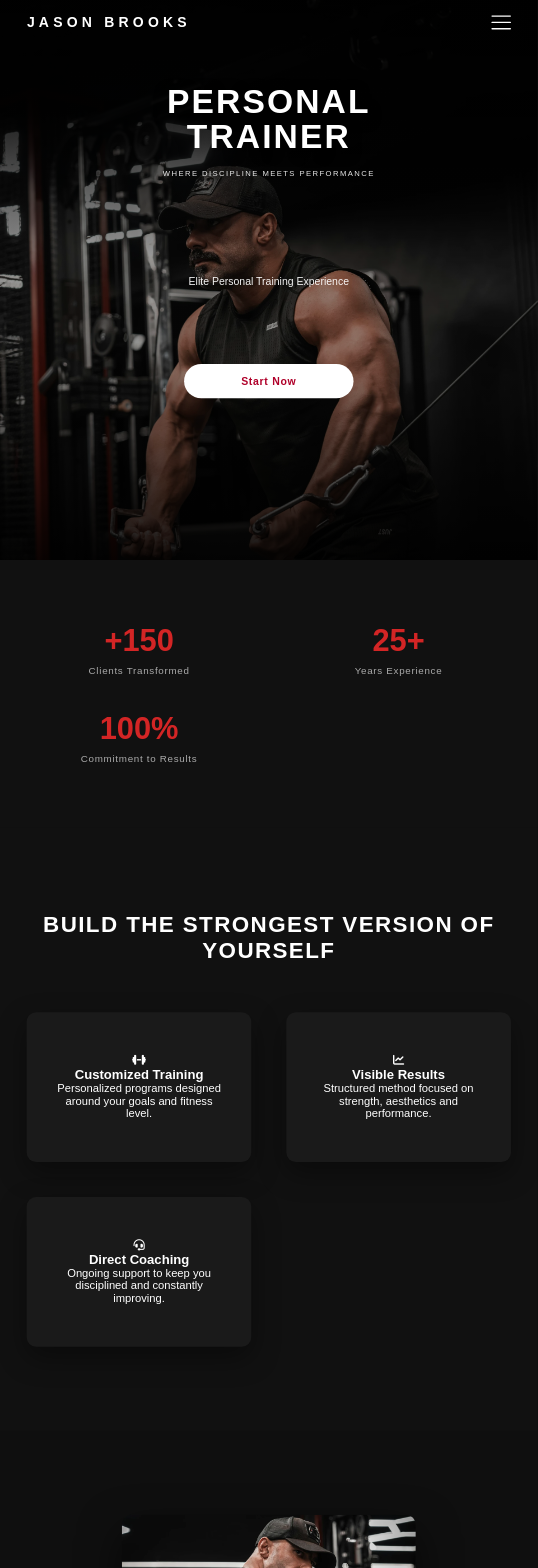
Repository: davidfsillva/Jason-Brooks
Page: index.html
These files come from the project's save history. The page is drawn as it stood at one moment and after the next save; the edit follows.
The browser window is 768 px wide. The pictures show the part of the page from y = 0 to 2240 px (the page is 3913 px tall), at 70% of full size.
Some web fonts or font styles are not loaded; a fallback is used.

Above is the page before, as saved 2026-02-21 17:19:50.

### index.html
<!DOCTYPE html>
<html lang="en">
<head>
    <!-- META SEO -->
    <meta charset="UTF-8">
    <meta name="viewport" content="width=device-width, initial-scale=1.0">

    <title>Axon Performance | Personal Trainer</title>
    <meta name="description" content="Personal trainer focused on performance, aesthetics and real physical transformation. Customized training programs for serious results.">

    <!-- Open Graph -->
    <meta property="og:title" content="Axon Performance | Personal Trainer">
    <meta property="og:description" content="Customized training programs focused on performance and transformation.">
    <meta property="og:type" content="website">
    <meta property="og:image" content="https://yourdomain.com/preview.jpg">

    <!-- Font Awesome (removido duplicado) -->
    <link rel="stylesheet" href="https://cdnjs.cloudflare.com/ajax/libs/font-awesome/6.5.1/css/all.min.css">

    <!-- Canonical -->
    <link rel="canonical" href="https://yourdomain.com/">

    <!-- CSS -->
    <link rel="stylesheet" href="style.css">

    <!-- JS -->
    <script src="script.js" defer></script>
</head>

<body>

    <!-- ================= HEADER ================= -->
    <header class="header">
        <div class="container nav-container">
            <div class="logo">JASON BROOKS </div>

            <nav class="nav" id="nav">
                <a href="#home" class="active">Home</a>
                <a href="#benefits">Benefits</a>
                <a href="#about">About</a>
                <a href="#contact">Contact</a>
            </nav>

            <button
                class="menu-toggle"
                id="menu-toggle"
                aria-label="Toggle navigation menu"
                aria-expanded="false">

                <span class="hamburger">
                    <span></span>
                    <span></span>
                    <span></span>
                </span>

            </button>
        </div>
    </header>

    <!-- ================= HERO ================= -->
    <section class="hero">

        <div class="hero-overlay"></div>

        <div class="hero-content">

            <h1>PERSONAL<br>TRAINER</h1>

            <p class="hero-small">Where Discipline Meets Performance</p>

            <p class="hero-sub">Elite Personal Training Experience</p>
            <a href="#" class="btn-primary">Start Now</a>
        </div>

    </section>

    <!-- ================= STATS ================= -->
    <section class="stats">
        <div class="container stats-grid">
            <div class="stat-item">
                <h3>+150</h3>
                <p>Clients Transformed</p>
            </div>
            <div class="stat-item">
                <h3>25+</h3>
                <p>Years Experience</p>
            </div>
            <div class="stat-item">
                <h3>100%</h3>
                <p>Commitment to Results</p>
            </div>
        </div>
    </section>

    <!-- ================= BENEFITS ================= -->
    <section class="benefits" id="benefits">
        <div class="container">
            <h2 class="section-title fade-in">Build the Strongest Version of Yourself</h2>

            <div class="benefits-grid">

                <div class="benefit-card fade-in">
                    <i class="fa-solid fa-dumbbell"></i>
                    <h3>Customized Training</h3>
                    <p>Personalized programs designed around your goals and fitness level.</p>
                </div>

                <div class="benefit-card fade-in">
                    <i class="fa-solid fa-chart-line"></i>
                    <h3>Visible Results</h3>
                    <p>Structured method focused on strength, aesthetics and performance.</p>
                </div>

                <div class="benefit-card fade-in">
                    <i class="fa-solid fa-headset"></i>
                    <h3>Direct Coaching</h3>
                    <p>Ongoing support to keep you disciplined and constantly improving.</p>
                </div>

            </div>
        </div>
    </section>

    <!-- ================= ABOUT ================= -->
    <section class="about" id="about">
        <div class="container about-container fade-in">

            <div class="about-image">
                <img src="img/hero2.webp" alt="Professional personal trainer coaching client">
            </div>

            <div class="about-text">
                <h2>About Jason Performance</h2>
                <p>
                    Specialist in body transformation and high performance training.
                    My methodology is built on discipline, science and measurable progress.
                </p>
                <p>
                    If you're serious about real, consistent results,
                    this is where your next level begins.
                </p>
                <a href="#contact" class="btn-secondary">Work With Me</a>
            </div>

        </div>
    </section>

    <!-- ================= CTA ================= -->
    <section class="cta" id="contact">
        <div class="container fade-in">
            <h2>Ready to Elevate Your Performance?</h2>
            <p>Fill out the form below and start your transformation today.</p>

            <form id="contact-form" class="contact-form" novalidate>
                <input
                    type="text"
                    id="name"
                    placeholder="Your Name"
                    required
                    aria-label="Your Name">

                <input
                    type="email"
                    id="email"
                    placeholder="Your Email"
                    required
                    aria-label="Your Email">

                <button type="submit" class="btn-primary">
                    Start Now
                </button>

                <p id="form-message" role="alert"></p>
            </form>
        </div>
    </section>

    <!-- ================= FOOTER ================= -->
    <footer class="footer">
        <p>© 2026 Jason Brooks - All Rights Reserved</p>
    </footer>

</body>
</html>

### style.css
/* ================= FONT ================= */
@font-face {
    font-family: 'TT Answer';
    src: url('fonts/TTAnswer-Regular.woff2') format('woff2');
    font-weight: 400;
    font-style: normal;
}

@font-face {
    font-family: 'TT Answer';
    src: url('fonts/TTAnswer-Medium.woff2') format('woff2');
    font-weight: 500;
    font-style: normal;
}

@font-face {
    font-family: 'TT Answer';
    src: url('fonts/TTAnswer-Bold.woff2') format('woff2');
    font-weight: 700;
    font-style: normal;
}


/* ================= DESIGN SYSTEM ================= */
:root {
    --primary: #b0002a;
    --primary-light: #d32525;
    --dark: #0f0f0f;
    --dark-light: #1a1a1a;
    --text: #ffffff;
    --text-muted: #aaaaaa;
    --radius: 14px;
    --transition: 0.3s ease;
}


/* ================= RESET ================= */
* {
    margin: 0;
    padding: 0;
    box-sizing: border-box;
}

body {
    font-family: 'Playfair Display', sans-serif;
    background: var(--dark);
    color: var(--text);
    scroll-behavior: smooth;
    -webkit-font-smoothing: antialiased;

}

.container {
    width: 90%;
    max-width: 1200px;
    margin: auto;
}


/* ================= HEADER ================= */
header {
    position: fixed;
    top: 0;
    left: 0;
    width: 100%;
    padding: 20px 0;
    background: transparent;
    z-index: 10;
    transition: 0.3s ease;

}

.nav-container {
    display: flex;
    justify-content: space-between;
    align-items: center;
}

.logo {
    font-size: 20px;
    font-weight: 700;
    letter-spacing: 6px;
    text-transform: uppercase;
}

/* ================= MENU PILL ================= */
.nav {
    display: flex;
    align-items: center;
    padding: 6px;
    border-radius: 40px;
    background: rgba(255,255,255,0.08);
    backdrop-filter: blur(12px);
    border: 1px solid rgba(255,255,255,0.15);
}

.nav a {
    text-decoration: none;
    color: white;
    font-size: 13px;
    font-weight: 500;
    padding: 8px 18px;
    border-radius: 30px;
    transition: 0.3s ease;
}

.nav a.active {
    background: rgba(255, 255, 255, 0.185);
    color: white;
}

.nav a:hover {
    color: var(--primary-light);
}

.menu-toggle {
    display: none;
    font-size: 26px;
    cursor: pointer;
}

.header.scrolled {
    background: rgba(0,0,0,0.85);
    padding: 15px 0;
}

/* ================= HAMBURGER PREMIUM ================= */

.menu-toggle {
    background: none;
    border: none;
    cursor: pointer;
    display: none;
    z-index: 1100;
}

.hamburger {
    width: 28px;
    height: 20px;
    position: relative;
    display: flex;
    flex-direction: column;
    justify-content: space-between;
    transition: 0.4s ease;
}

.hamburger span {
    height: 2px;
    width: 100%;
    background: var(--text);
    border-radius: 2px;
    transition: 0.4s ease;
    transform-origin: center;
}

/* ================= ANIMAÇÃO ATIVO ================= */

.menu-toggle.active .hamburger {
    transform: rotate(180deg);
}

.menu-toggle.active .hamburger span:nth-child(1) {
    transform: translateY(9px) rotate(45deg);
}

.menu-toggle.active .hamburger span:nth-child(2) {
    opacity: 0;
}

.menu-toggle.active .hamburger span:nth-child(3) {
    transform: translateY(-9px) rotate(-45deg);
}



/* ================= HERO ================= */
.hero {
    min-height: 100vh;
    width: 100%;
    position: relative;
    display: flex;
    align-items: center;
    justify-content: flex-start; /* joga conteúdo para esquerda */
    padding: 0 8%;
    overflow: hidden;

    background: url("img/herodes2.webp") right center / cover no-repeat;
}

.hero-overlay {
    position: absolute;
    inset: 0;
    z-index: 1;

    background:
        linear-gradient(
            90deg,
            rgba(0,0,0,0.85) 0%,
            rgba(0,0,0,0.75) 35%,
            rgba(0,0,0,0.4) 60%,
            rgba(0,0,0,0.1) 80%,
            rgba(0,0,0,0) 100%
        );
}

.hero-content {
    position: relative;
    z-index: 2;
    max-width: 600px;
    text-align: left;
}

.hero-content h1 {
    font-size: 85px;
    line-height: 1.05;
}

.hero-small {
    font-size: 13px;
    letter-spacing: 3px;
    text-transform: uppercase;
    margin-bottom: 15px;
    opacity: 0.8;
}

.hero-content h1 {
    font-size: 80px;
    line-height: 1.1;
}

.hero-sub {
    margin: 25px 0;
    font-size: 15px;
    font-weight: 400;
    opacity: 0.9;
}

.hero-image-side {
    flex: 1;
    display: flex;
    justify-content: flex-end;
    align-items: center; /* centraliza verticalmente */
    padding-right: 70px;
}

.hero-image-side img {
    width: 95%;
    max-width: 480px;

    -webkit-mask-image: linear-gradient(
        135deg,
        transparent 0%,
        black 40%,
        black 60%,
        transparent 100%
    );

    mask-image: linear-gradient(
        135deg,
        transparent 0%,
        black 40%,
        black 60%,
        transparent 100%
    );
}




/* ================= BUTTONS ================= */
.btn-primary {
    display: inline-block;
    padding: 14px 36px;
    background: var(--text);
    color: var(--primary);
    text-decoration: none;
    font-weight: 600;
    border-radius: 30px;
    letter-spacing: 1px;
    transition: var(--transition);
}

.btn-primary:hover {
    background: var(--primary-light);
    color: white;
    transform: translateY(-3px);
}

.btn-secondary {
    display: inline-block;
    margin-top: 20px;
    padding: 12px 30px;
    border: 2px solid var(--primary);
    color: var(--primary);
    text-decoration: none;
    border-radius: 30px;
    font-weight: 500;
    transition: var(--transition);
}

.btn-secondary:hover {
    background: var(--primary);
    color: white;
}


/* ================= STATS ================= */
.stats {
    background: #111;
    padding: 90px 0;
    text-align: center;
}

.stats-grid {
    display: grid;
    grid-template-columns: repeat(auto-fit, minmax(200px, 1fr));
    gap: 50px;
}

.stat-item h3 {
    font-size: 44px;
    font-weight: 700;
    color: var(--primary-light);
}

.stat-item p {
    margin-top: 10px;
    font-size: 14px;
    color: var(--text-muted);
    letter-spacing: 1px;
}


/* ================= BENEFITS ================= */
.benefits {
    padding: 120px 0;
    background: #111;
    text-align: center;
}

.section-title {
    margin-bottom: 70px;
    font-size: 32px;
    font-weight: 700;
    letter-spacing: 2px;
    text-transform: uppercase;
}

.benefits-grid {
    display: grid;
    grid-template-columns: repeat(auto-fit, minmax(260px, 1fr));
    gap: 50px;
}

.benefit-card {
    background: var(--dark-light);
    padding: 60px 35px;
    border-radius: var(--radius);
    transition: var(--transition);
    box-shadow: 0 15px 40px rgba(0,0,0,0.4);
}

.benefit-card:hover {
    transform: translateY(-10px);
    background: #222;
}

.icon {
    font-size: 32px;
    color: var(--primary-light);
    margin-bottom: 25px;
    transition: 0.3s ease;
}

.benefit-card:hover .icon {
    transform: scale(1.15);
    color: white;
}


/* ================= ABOUT ================= */
.about {
    padding: 120px 0;
    background: var(--dark);
}

.about-container {
    display: flex;
    gap: 70px;
    align-items: center;
    flex-wrap: wrap;
}

.about-image img {
    width: 100%;
    max-width: 420px;
    border-radius: var(--radius);
    box-shadow: 0 25px 60px rgba(0,0,0,0.6);
}

.about-text {
    flex: 1;
}

.about h2 {
    margin-bottom: 25px;
    font-weight: 700;
}

.about p {
    margin-bottom: 18px;
    line-height: 1.7;
    font-size: 15px;
    color: var(--text-muted);
}


/* ================= CTA PREMIUM ================= */
.cta {
    padding: 140px 0;
    background: radial-gradient(circle at top left, rgba(255,0,80,0.25), transparent 60%),
                linear-gradient(120deg, #5a0015, #b0002a);
    text-align: center;
    position: relative;
}

.cta h2 {
    font-size: 36px;
    margin-bottom: 15px;
    letter-spacing: 2px;
    text-transform: uppercase;
}

.cta p {
    color: rgba(255,255,255,0.8);
    margin-bottom: 40px;
    font-size: 15px;
}

/* Card do formulário */
.contact-form {
    background: rgba(255,255,255,0.06);
    backdrop-filter: blur(18px);
    padding: 45px 35px;
    border-radius: 20px;
    display: flex;
    flex-direction: column;
    gap: 18px;
    max-width: 420px;
    margin: auto;
    box-shadow: 0 30px 60px rgba(0,0,0,0.5);
    border: 1px solid rgba(255,255,255,0.08);
}

/* Inputs */
.contact-form input {
    padding: 16px 20px;
    border-radius: 30px;
    border: 1px solid rgba(255,255,255,0.15);
    background: rgba(0,0,0,0.4);
    color: white;
    font-family: 'TT Answer', sans-serif;
    font-size: 14px;
    transition: 0.3s ease;
}

.contact-form input::placeholder {
    color: rgba(255,255,255,0.5);
}

.contact-form input:focus {
    border-color: var(--primary-light);
    box-shadow: 0 0 0 3px rgba(255,45,85,0.2);
    outline: none;
}

/* Botão */
.contact-form button {
    padding: 15px;
    border-radius: 30px;
    border: none;
    background: white;
    color: var(--primary);
    font-weight: 600;
    letter-spacing: 1px;
    cursor: pointer;
    transition: 0.3s ease;
}

.contact-form button:hover {
    background: var(--primary-light);
    color: white;
    transform: translateY(-3px);
    box-shadow: 0 10px 25px rgba(0,0,0,0.4);
}

/* Mensagem */
#form-message {
    margin-top: 12px;
    font-size: 14px;
    color: #ffffffcc;
}


/* ================= FOOTER ================= */
.footer {
    text-align: center;
    padding: 30px;
    background: #000;
    font-size: 13px;
    letter-spacing: 1px;
    color: var(--text-muted);
}


/* ================= ANIMATION ================= */
.fade-in {
    opacity: 0;
    transform: translateY(30px);
    transition: 0.8s ease;
}

.fade-in.visible {
    opacity: 1;
    transform: translateY(0);
}

section {
    scroll-margin-top: 120px;
}


/* ================= RESPONSIVE ================= */

@media (max-width: 768px) {

    /* ===== HERO ESTRUTURA ===== */
    .hero {
        position: relative;
        display: flex;
        flex-direction: column;
        justify-content: center;   /* CENTRALIZA VERTICAL */
        align-items: center;       /* CENTRALIZA HORIZONTAL */
        min-height: 100vh;
        padding: 0 20px;
        text-align: center;
        background: url("img/heromobile.webp") center 35% / cover no-repeat;
    }

    /* ===== FADE PROFISSIONAL CINEMATOGRÁFICO ===== */
    .hero-overlay {
        position: absolute;
        inset: 0;
        background: linear-gradient(
            180deg,
            rgba(0,0,0,0.95) 0%,
            rgba(0,0,0,0.85) 20%,
            rgba(0,0,0,0.35) 45%,
            rgba(0,0,0,0.35) 65%,
            rgba(0,0,0,0.9) 100%
        );
        z-index: 1;
    }

    .hero-content {
        position: relative;
        z-index: 2;
        display: flex;
        flex-direction: column;
        align-items: center;
        justify-content: center;
        gap: 20px;
    }

    /* ===== PERSONAL TRAINER (TOPO) ===== */
    .hero-content h1 {
        font-size: 48px;
        line-height: 1.05;
        letter-spacing: 3px;
        margin-top: -110px;
        text-shadow: 0 5px 20px rgba(0,0,0,0.6);
        text-align: center;
    }

    /* ===== PARTE INFERIOR ===== */
    .hero-small {
        font-size: 11px;
        letter-spacing: 2px;
        margin-bottom: 95px;
        opacity: 0.9;
        text-align: center;
    }

    .hero-sub {
        font-size: 15px;
        margin-bottom: 90px;
        opacity: 0.95;
                text-align: center;

    }

    /* ===== BOTÃO MAIS LARGO ===== */
    .btn-primary {
        width: 80%;
        max-width: 300px;
        padding: 16px 0;
        font-size: 15px;
        border-radius: 40px;
        text-align: center;
    }

    /* ===== MENU MOBILE ===== */
    .nav {
        position: absolute;
        top: 80px;
        right: 0;
        background: black;
        flex-direction: column;
        width: 220px;
        padding: 25px;
        display: none;
    }

    .nav.active {
        display: flex;
    }

    .menu-toggle {
        display: block;
    }

    /* ===== ABOUT RESPONSIVO ===== */
    .about-container {
        flex-direction: column;
        text-align: center;
    }
}

### script.js
// ================= MENU MOBILE =================
const toggle = document.getElementById("menu-toggle");
const nav = document.getElementById("nav");
const icon = toggle.querySelector("i");

toggle.addEventListener("click", () => {

    const isActive = nav.classList.toggle("active");

    toggle.classList.toggle("active");
    toggle.setAttribute("aria-expanded", isActive);

    // Troca ícone
    if (isActive) {
        icon.classList.remove("fa-bars");
        icon.classList.add("fa-xmark");
    } else {
        icon.classList.remove("fa-xmark");
        icon.classList.add("fa-bars");
    }
});

// ================= HEADER SCROLL EFFECT =================
const header = document.querySelector(".header");

if (header) {
    window.addEventListener("scroll", () => {
        header.classList.toggle("scrolled", window.scrollY > 50);
    });
}


/*
IMPORTANTE:
Adicione isso no CSS:

.header.scrolled {
    background: rgba(0,0,0,0.85);
    padding: 15px 0;
}
*/


// ================= SCROLL REVEAL =================
const faders = document.querySelectorAll(".fade-in");

if ("IntersectionObserver" in window && faders.length > 0) {

    const appearOptions = {
        threshold: 0.15,
        rootMargin: "0px 0px -50px 0px"
    };

    const appearOnScroll = new IntersectionObserver((entries, observer) => {
        entries.forEach(entry => {

            if (!entry.isIntersecting) return;

            entry.target.classList.add("visible");
            observer.unobserve(entry.target);

        });
    }, appearOptions);

    faders.forEach((el, index) => {
        el.style.transitionDelay = `${index * 0.1}s`;
        appearOnScroll.observe(el);
    });
}


// ================= FORM VALIDATION =================
const form = document.getElementById("contact-form");
const message = document.getElementById("form-message");

if (form && message) {

    form.addEventListener("submit", function(e){
        e.preventDefault();

        const name = document.getElementById("name").value.trim();
        const email = document.getElementById("email").value.trim();

        const emailRegex = /^[^\s@]+@[^\s@]+\.[^\s@]+$/;

        if (name.length < 3) {
            message.textContent = "Please enter a valid name (min. 3 characters).";
            message.style.color = "yellow";
            return;
        }

        if (!emailRegex.test(email)) {
            message.textContent = "Please enter a valid email address.";
            message.style.color = "yellow";
            return;
        }

        message.textContent = "Message sent successfully!";
        message.style.color = "lightgreen";

        form.reset();
    });
}

const sections = document.querySelectorAll("section");
const navLinks = document.querySelectorAll(".nav a");

window.addEventListener("scroll", () => {
  let current = "";

  sections.forEach(section => {
    const sectionTop = section.offsetTop - 150;
    if (scrollY >= sectionTop) {
      current = section.getAttribute("id");
    }
  });

  navLinks.forEach(link => {
    link.classList.remove("active");
    if (link.getAttribute("href") === "#" + current) {
      link.classList.add("active");
    }
  });
});

After the next save:
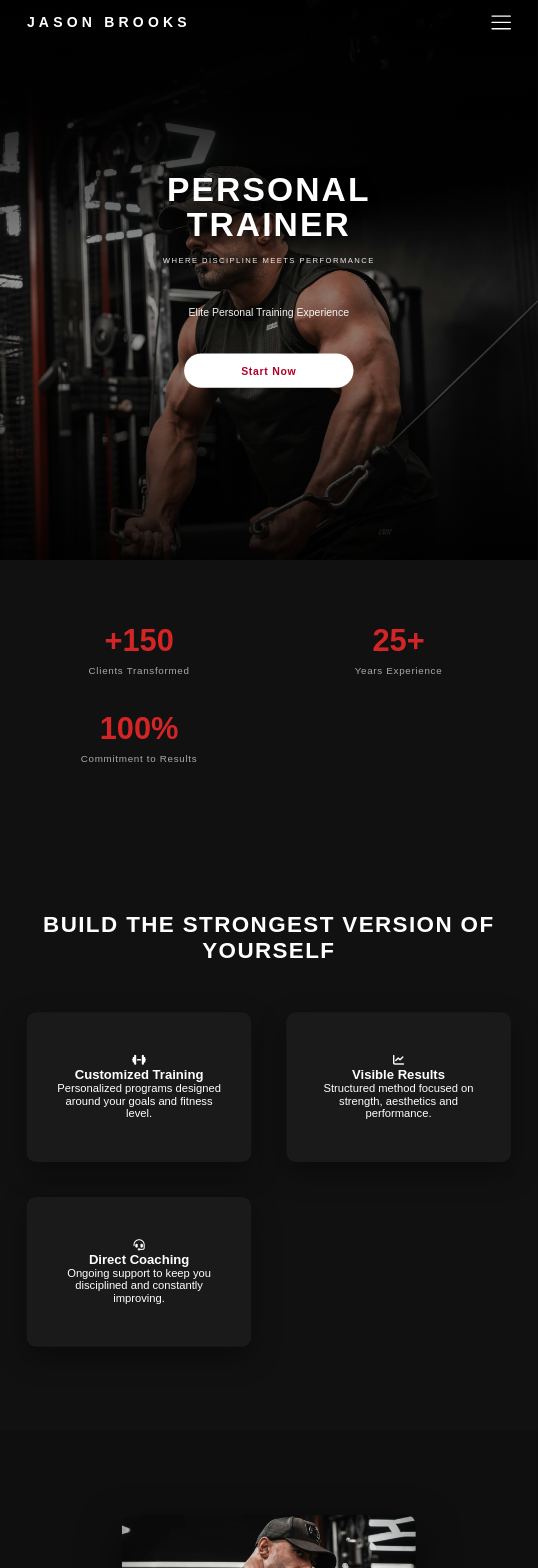
Saved 8 s later.
--- a/style.css
+++ b/style.css
@@ -577,7 +577,7 @@ section {
         font-size: 48px;
         line-height: 1.05;
         letter-spacing: 3px;
-        margin-top: -110px;
+        margin-top: 0px;
         text-shadow: 0 5px 20px rgba(0,0,0,0.6);
         text-align: center;
     }
@@ -586,14 +586,14 @@ section {
     .hero-small {
         font-size: 11px;
         letter-spacing: 2px;
-        margin-bottom: 95px;
+        margin-bottom: 15px;
         opacity: 0.9;
         text-align: center;
     }
 
     .hero-sub {
         font-size: 15px;
-        margin-bottom: 90px;
+        margin-bottom: 30px;
         opacity: 0.95;
                 text-align: center;
 
